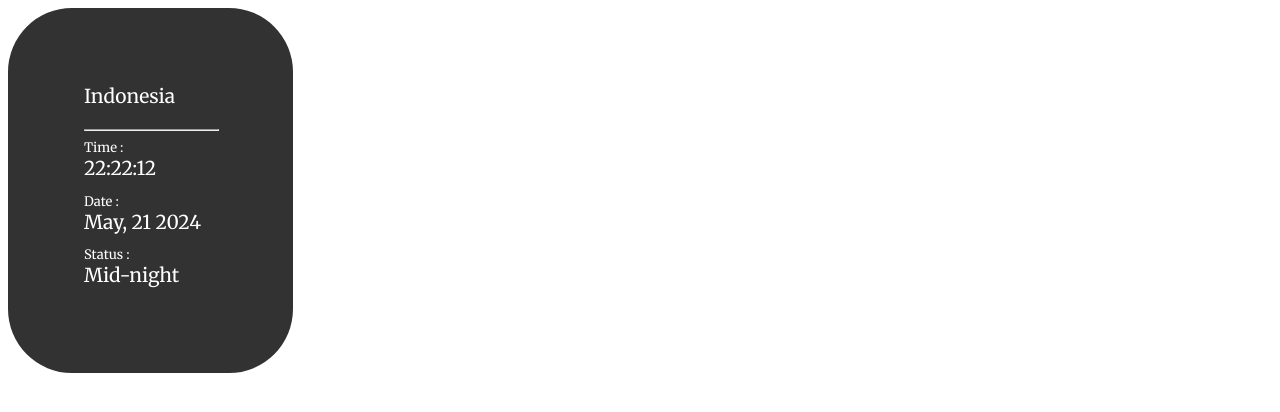
Repository: SnakeXrnt/notion-clock
Page: indonesia.html
These files come from the project's save history. The page is drawn as it stood at one moment and after the next save; the edit follows.
The browser window is 1280 px wide. The pictures show the whole page.

Above is the page before, as saved 2024-05-21 16:47:22.

After the next save:
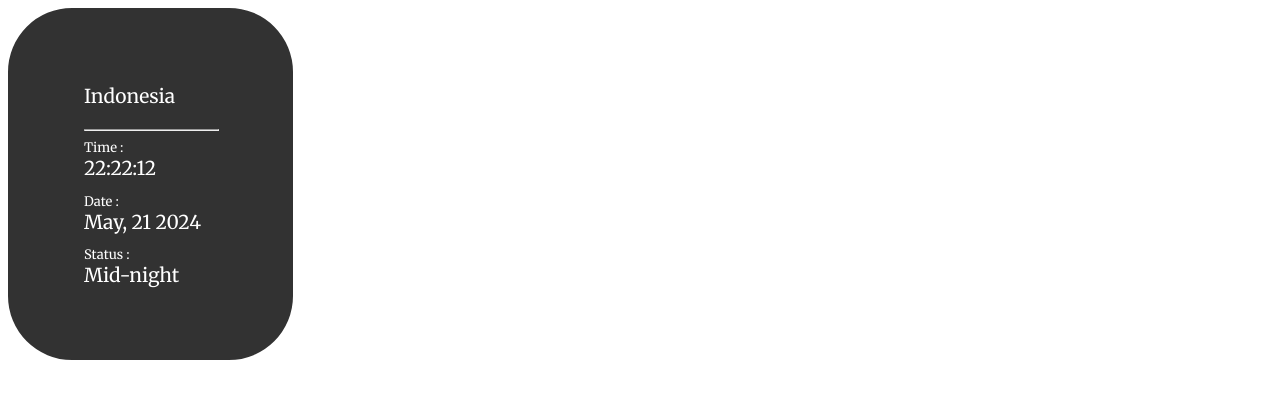
Saved 13 s later.
--- a/indonesia.html
+++ b/indonesia.html
@@ -30,7 +30,7 @@
             display: flex;
             flex-direction: column;
             width: 100pt;
-            height: 160pt;
+            height: 150pt;
             border: 6vw solid rgb(50, 50, 50);
             background-color: rgb(50, 50, 50);
             border-radius: 5vw;
